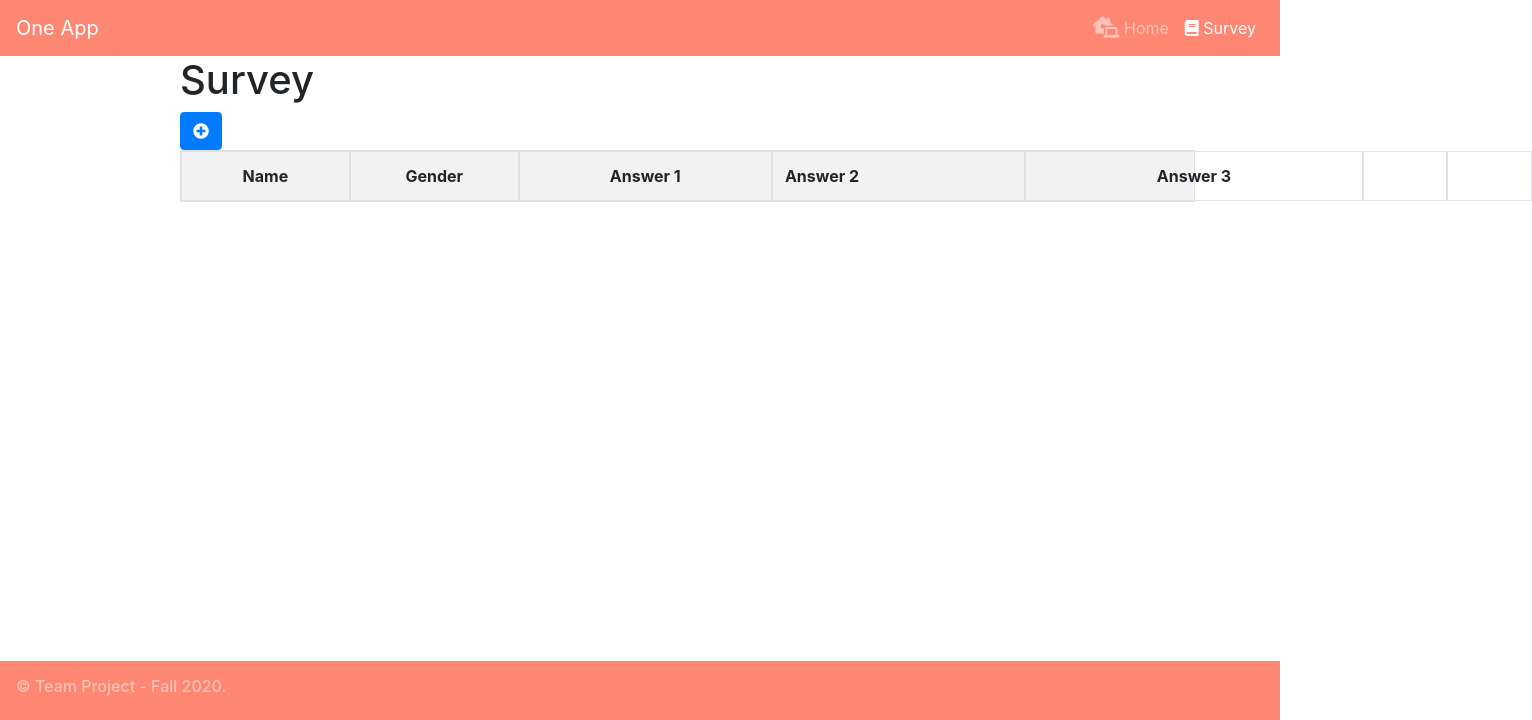
Repository: Dyazho/group-project
Page: http://localhost/survey
An editor plug-in stored every save of this project. The page is shown before and after the next save, followed by the edit.
The browser window is 1280 px wide. The page is 1532 px wide, then 1365 px, so the pictures cover 1532 px, including what lies to the right of the window. The pictures show the whole page.
The page is served by the project's Node server (server.js). Other server files are loaded and not shown. Queries for data that is not in the repository find no rows.

Above is the page before, as saved 2020-11-16 11:07:51.

### server/views/book/list.ejs
<%- include ../partials/header.ejs %>

<%- include ../partials/main_nav.ejs %>


  <!-- Main Content -->
  <main class="container">
    <div class="row">
        <div class="offset-md-1 col-md-11">
            <h1><%= title %></h1>
            <a href="/survey/add" class="btn btn-primary" role="button">
            <i class="fas fa-plus-circle"></i></a>
            <br>
            <table class="table table-bordered table-striped table-hover">
                <!-- Header Row-->
                <tr class="d-flex">
                    <th class="text-center col-2">Name</th>
                    <th class="text-center col-2">Gender</th>
                    <th class="text-center col-3">Answer 1</th>
                    <th class="col-3">Answer 2</th>
                    <th class="text-center col-4">Answer 3</th>
                    <th class="text-center col-1"></th>
                    <th class="text-center col-1"></th>
                </tr>

                <!-- Repeatable Template Row -->

                <% for(let count = 0; count < BookList.length; count++) { %>
                    <tr class="d-flex">
                        <td class="text-center col-2"><%= BookList[count].name %></td>
                        <td class="text-center col-2"><%= BookList[count].gender %></td>
                        <td class="text-center col-1"><%= BookList[count].question1 %></td>
                        <td class="col-4"><%= BookList[count].question2 %></td>
                        <td class="text-center col-1"><%= BookList[count].question3 %></td>
                        <td class="text-center col-1">
                            <a href="/survey/edit/<%= BookList[count]._id %>" class="btn btn-primary btn-sm">
                            <i class="fas fa-pencil-alt"></i> Edit</a>
                        </td>
                        <td class="text-center col-1">
                            <a href="/survey/delete/<%= BookList[count]._id %>" class="btn btn-danger btn-sm">
                            <i class="fas fa-trash-alt"></i> Delete</a>
                        </td>
                    </tr>
                <% } %>
            </table>
        </div>
    </div>
  </main>

<%- include ../partials/bottom_nav.ejs %>

<%- include ../partials/footer.ejs %>

### server/views/partials/header.ejs
<!DOCTYPE html>
<html lang="en">
<head>
  <meta charset="UTF-8">
  <meta name="viewport" content="width=device-width, initial-scale=1.0">
  <title><%= title %></title>
  <!-- CSS Section -->

  <link rel="stylesheet" href="/bootstrap/dist/css/bootstrap.min.css">
  <link rel="stylesheet" href="/@fortawesome/fontawesome-free/css/all.min.css">
  <link rel='stylesheet' href='/Content/app.css' />

</head>
<body>

### server/views/partials/main_nav.ejs
<!-- Main Navigation -->
  <nav class="navbar navbar-expand-lg navbar-dark navbar-colorr">

    <a class="navbar-brand" href="/survey"> One App</a>
    <button class="navbar-toggler" type="button" data-toggle="collapse" data-target="#navbarSupportedContent" aria-controls="navbarSupportedContent" aria-expanded="false" aria-label="Toggle navigation">
      <span class="navbar-toggler-icon"></span>
    </button>

    <div class="collapse navbar-collapse" id="navbarSupportedContent">
      <ul class="navbar-nav ml-auto">

        <% if (title == "Home"){ %>
        <li class="nav-item active">
        <% } else  { %>
        <li class="nav-item">
        <% } %>
          <a class="nav-link" href="/home"><i class="fas fa-lg fa-laptop-house"></i> Home </a>
        </li>


        <% if (title == "Survey") { %>
        <li class="nav-item active">
        <% } else  { %>
        <li class="nav-item">
        <% } %>
          <a class="nav-link" href="/survey"><i class="fas fa-book"></i> Survey </a>
        </li>


    </div>
  </nav>

### server/views/partials/bottom_nav.ejs
<!-- Bottom Nav -->
  <footer>
    <nav class="navbar fixed-bottom navbar-dark navbar-colorr">
      <h6 class="display-6 navbar-text">&copy; Team Project - Fall 2020.</h6>
    </nav>
  </footer>

### server.js
#!/usr/bin/env node


/*  Sanamdeep Singh
    301107513       */


/**
 * Module dependencies.
 */

var app = require('./server/config/app');
var debug = require('debug')('week-4:server');
var http = require('http');

/**
 * Get port from environment and store in Express.
 */

var port = normalizePort(process.env.PORT || '3000');
app.set('port', port);

/**
 * Create HTTP server.
 */

var server = http.createServer(app);

/**
 * Listen on provided port, on all network interfaces.
 */

server.listen(port);
server.on('error', onError);
server.on('listening', onListening);

/**
 * Normalize a port into a number, string, or false.
 */

function normalizePort(val) {
  var port = parseInt(val, 10);

  if (isNaN(port)) {
    // named pipe
    return val;
  }

  if (port >= 0) {
    // port number
    return port;
  }

  return false;
}

/**
 * Event listener for HTTP server "error" event.
 */

function onError(error) {
  if (error.syscall !== 'listen') {
    throw error;
  }

  var bind = typeof port === 'string'
    ? 'Pipe ' + port
    : 'Port ' + port;

  // handle specific listen errors with friendly messages
  switch (error.code) {
    case 'EACCES':
      console.error(bind + ' requires elevated privileges');
      process.exit(1);
      break;
    case 'EADDRINUSE':
      console.error(bind + ' is already in use');
      process.exit(1);
      break;
    default:
      throw error;
  }
}

/**
 * Event listener for HTTP server "listening" event.
 */

function onListening() {
  var addr = server.address();
  var bind = typeof addr === 'string'
    ? 'pipe ' + addr
    : 'port ' + addr.port;
  debug('Listening on ' + bind);
}

### server/controllers/book.js
let express = require('express');
let router = express.Router();
let mongoose = require('mongoose');

// create a reference to the model
let Book = require('../models/book');

module.exports.displayBookList = (req, res, next) => {
    Book.find((err, bookList) => {
        if(err)
        {
            return console.error(err);
        }
        else
        {
            //console.log(BookList);

            res.render('book/list', {title: 'Survey', BookList: bookList});
        }
    });
}

module.exports.displayAddPage = (req, res, next) => {
    res.render('book/add', {title: 'Add'})
}

module.exports.processAddPage = (req, res, next) => {
    let newBook = Book({
        "name": req.body.name,
        "author": req.body.author,
        "published": req.body.published,
        "description": req.body.description,
        "price": req.body.price
    });

    Book.create(newBook, (err, Book) =>{
        if(err)
        {
            console.log(err);
            res.end(err);
        }
        else
        {
            // refresh the book list
            res.redirect('/survey');
        }
    });

}

module.exports.displayEditPage = (req, res, next) => {
    let id = req.params.id;

    Book.findById(id, (err, bookToEdit) => {
        if(err)
        {
            console.log(err);
            res.end(err);
        }
        else
        {
            //show the edit view
            res.render('book/edit', {title: 'Edit', book: bookToEdit})
        }
    });
}

module.exports.processEditPage = (req, res, next) => {
    let id = req.params.id

    let updatedBook = Book({
        "_id": id,
        "name": req.body.name,
        "author": req.body.author,
        "published": req.body.published,
        "description": req.body.description,
        "price": req.body.price
    });

    Book.updateOne({_id: id}, updatedBook, (err) => {
        if(err)
        {
            console.log(err);
            res.end(err);
        }
        else
        {
            // refresh the book list
            res.redirect('/survey');
        }
    });
}

module.exports.performDelete = (req, res, next) => {
    let id = req.params.id;

    Book.remove({_id: id}, (err) => {
        if(err)
        {
            console.log(err);
            res.end(err);
        }
        else
        {
             // refresh the book list
             res.redirect('/survey');
        }
    });
}

### public/Content/app.css
/* custom css goes here */

.navbar-colorr {
  background-color: #fe8773;
}

### public/Scripts/app.js
/*  Sanamdeep Singh
    301107513       */


// IIFE -- Immediately Invoked Function Expression
(function(){

    function Start()
    {
        console.log("App Started...");

        let deleteButtons = document.querySelectorAll('.btn-danger');

        for(button of deleteButtons)
        {
            button.addEventListener('click', (event)=>{
                if(!confirm("Are you sure?"))
                {
                    event.preventDefault();
                    window.location.assign('/book-list');
                }
            });
        }
    }

    window.addEventListener("load", Start);

})();

Loaded but not shown: server/views/partials/footer.ejs (common file)

After the next save:
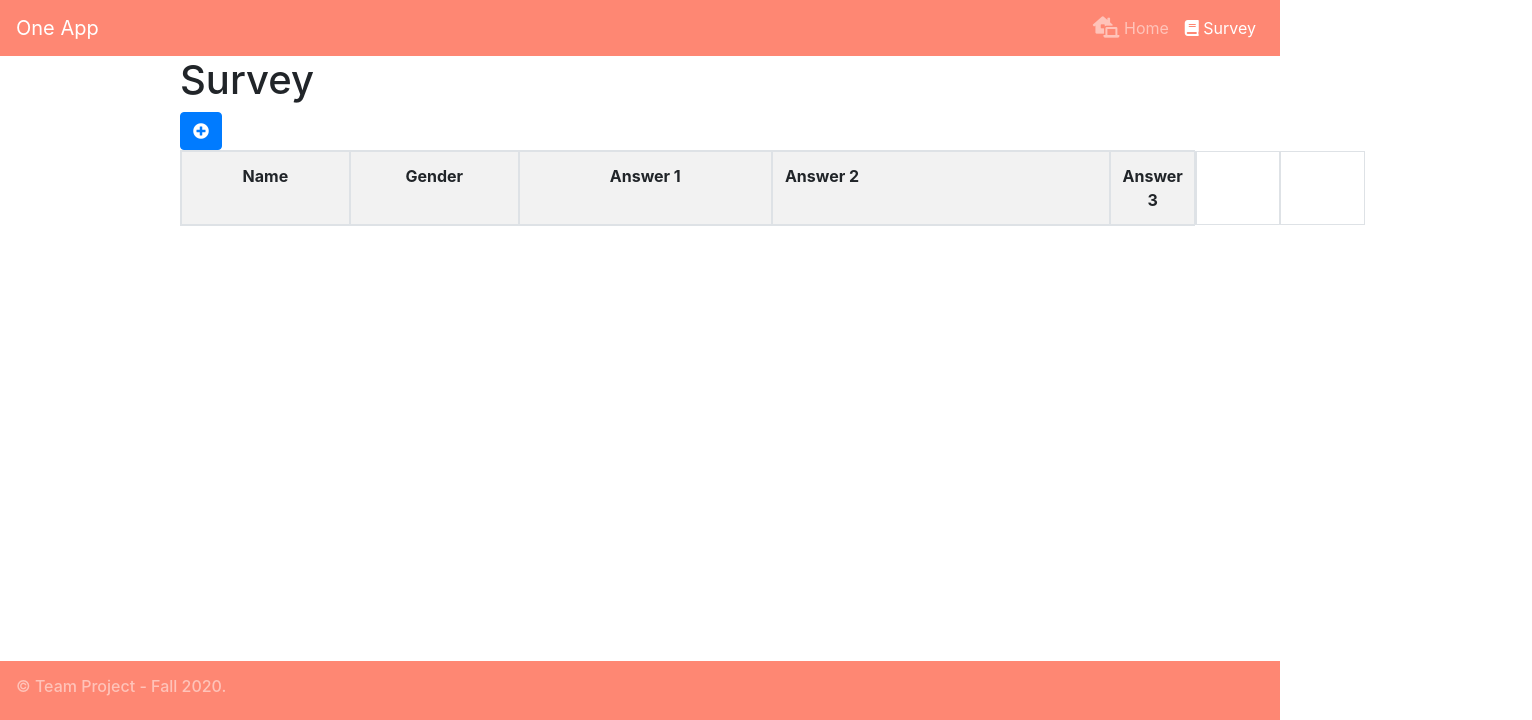
Saved 12 s later.
--- a/server/views/book/list.ejs
+++ b/server/views/book/list.ejs
@@ -17,8 +17,8 @@
                     <th class="text-center col-2">Name</th>
                     <th class="text-center col-2">Gender</th>
                     <th class="text-center col-3">Answer 1</th>
-                    <th class="col-3">Answer 2</th>
-                    <th class="text-center col-4">Answer 3</th>
+                    <th class="col-4">Answer 2</th>
+                    <th class="text-center col-">Answer 3</th>
                     <th class="text-center col-1"></th>
                     <th class="text-center col-1"></th>
                 </tr>
